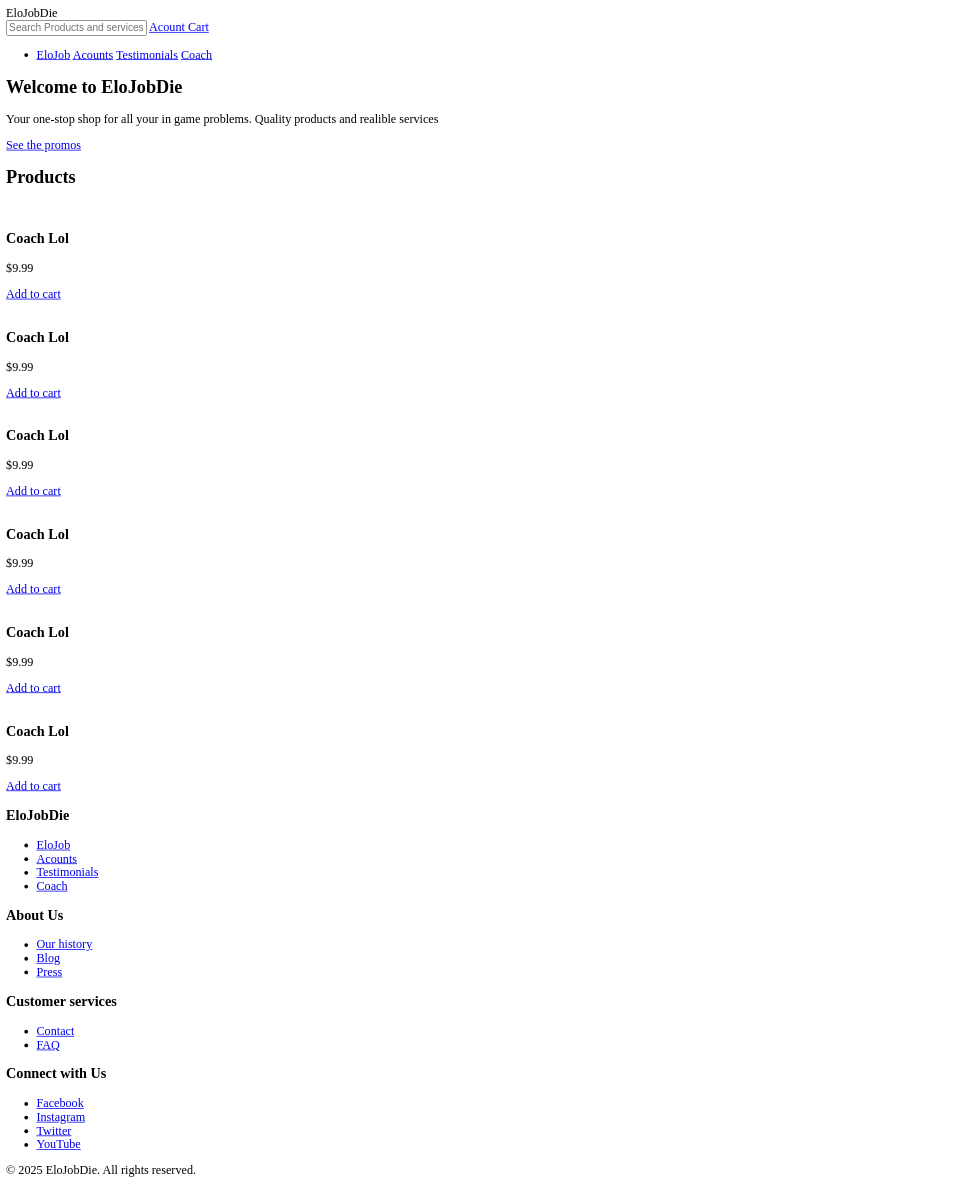
Repository: JustTheHero/web_online_store
Page: homePage.html
An editor plug-in stored every save of this project. The page is shown before and after the next save, followed by the edit.
The browser window is 1280 px wide. The pictures show the whole page, at 76% of full size.

Above is the page before, as saved 2025-04-24 09:37:54.

After the next save:
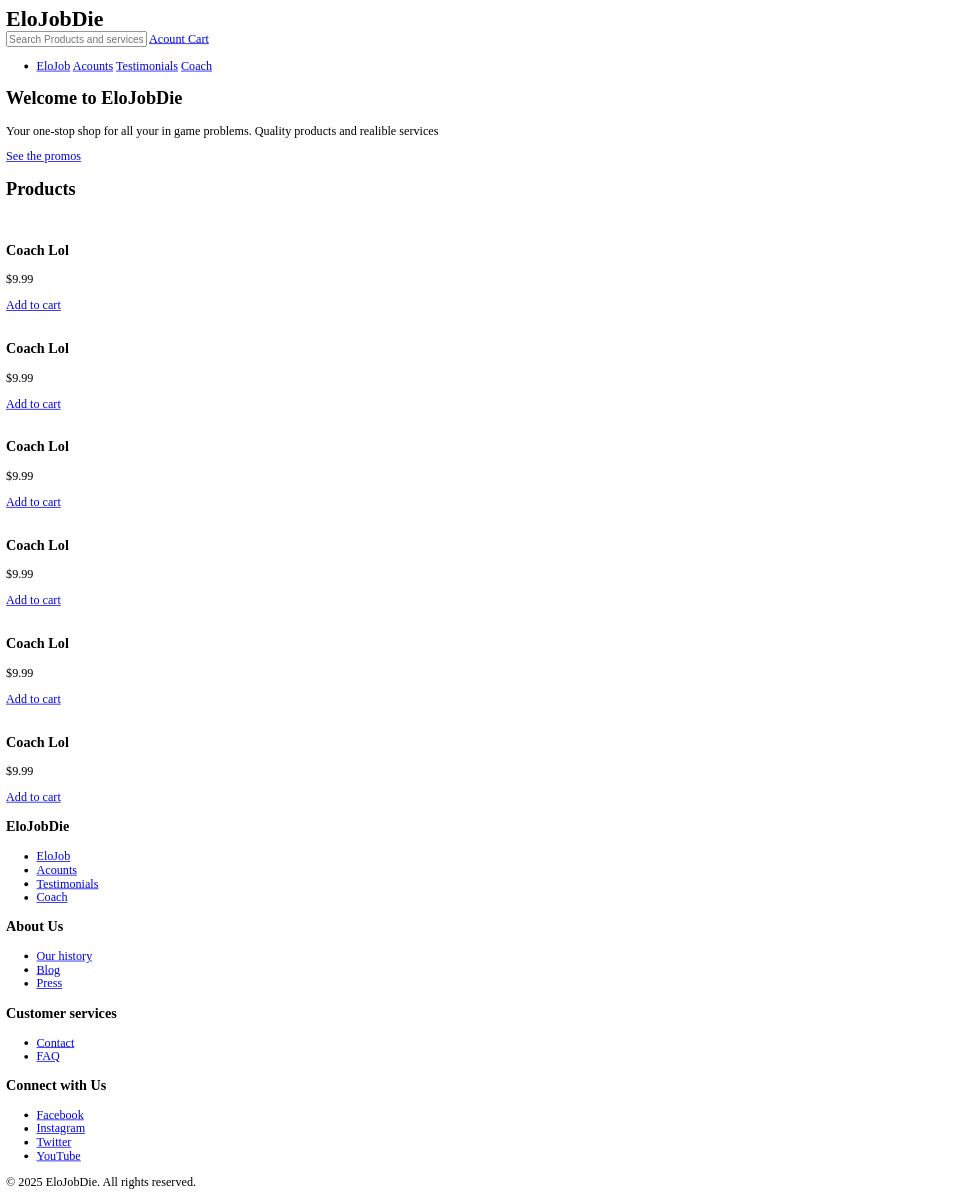
Saved 2 min 33 s later.
--- a/homePage.html
+++ b/homePage.html
@@ -5,7 +5,14 @@
     <meta name="viewport" content="width=device-width, initial-scale=1.0">
     <title>EloJobDie</title>
     <style>
+        .logo {
+            font-size: 1.8rem;
+            font-weight: bold;
+        }
 
+        .logo span {
+            color: #f39c12;
+        }
     </style>
 </head>
 <body>
